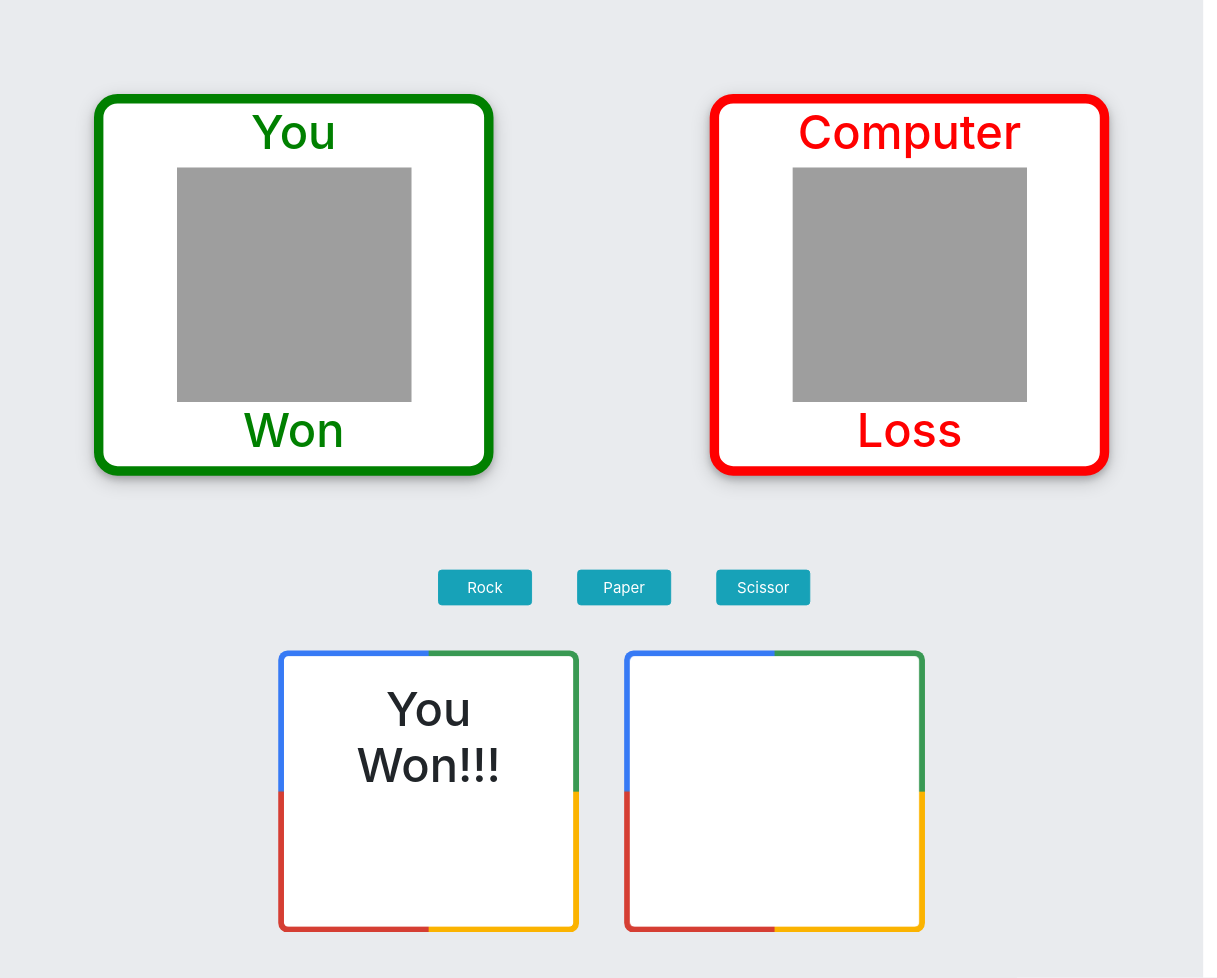
Repository: tts2610/React-Intro
Page: /
An editor plug-in stored every save of this project. The page is shown before and after the next save, followed by the edit.
The browser window is 1280 px wide. The page is 1295 px wide, so the pictures cover 1295 px, including what lies to the right of the window. The pictures show the whole page, at 94% of full size.
Pictures or frames that could not be fetched are drawn as grey boxes. Some web libraries are served in a nearby version. The project was rebuilt for these pictures with package versions that can differ from the ones it lists, and the page was loaded fresh each time. Also part of the build but not shown: src/components/History.js.

Above is the page before, as saved 2020-05-26 23:10:32.

### public/index.html
<!DOCTYPE html>
<html lang="en">

<head>
    <meta charset="utf-8" />
    <link rel="icon" href="%PUBLIC_URL%/favicon.ico" />
    <meta name="viewport" content="width=device-width, initial-scale=1" />
    <meta name="theme-color" content="#000000" />
    <meta name="description" content="Web site created using create-react-app" />
    <link rel="apple-touch-icon" href="%PUBLIC_URL%/logo192.png" />
    <!--
      manifest.json provides metadata used when your web app is installed on a
      user's mobile device or desktop. See https://developers.google.com/web/fundamentals/web-app-manifest/
    -->
    <link rel="manifest" href="%PUBLIC_URL%/manifest.json" />
    <!--
      Notice the use of %PUBLIC_URL% in the tags above.
      It will be replaced with the URL of the `public` folder during the build.
      Only files inside the `public` folder can be referenced from the HTML.

      Unlike "/favicon.ico" or "favicon.ico", "%PUBLIC_URL%/favicon.ico" will
      work correctly both with client-side routing and a non-root public URL.
      Learn how to configure a non-root public URL by running `npm run build`.
    -->
    <title>React App</title>
    <link rel="stylesheet" href="https://maxcdn.bootstrapcdn.com/bootstrap/4.0.0/css/bootstrap.min.css" integrity="sha384-Gn5384xqQ1aoWXA+058RXPxPg6fy4IWvTNh0E263XmFcJlSAwiGgFAW/dAiS6JXm" crossorigin="anonymous">
</head>

<body>
    <noscript>You need to enable JavaScript to run this app.</noscript>
    <div id="root"></div>
    <!--
      This HTML file is a template.
      If you open it directly in the browser, you will see an empty page.

      You can add webfonts, meta tags, or analytics to this file.
      The build step will place the bundled scripts into the <body> tag.

      To begin the development, run `npm start` or `yarn start`.
      To create a production bundle, use `npm run build` or `yarn build`.
    -->
    <script src="https://code.jquery.com/jquery-3.2.1.slim.min.js" integrity="sha384-KJ3o2DKtIkvYIK3UENzmM7KCkRr/rE9/Qpg6aAZGJwFDMVNA/GpGFF93hXpG5KkN" crossorigin="anonymous"></script>
    <script src="https://cdnjs.cloudflare.com/ajax/libs/popper.js/1.12.9/umd/popper.min.js" integrity="sha384-ApNbgh9B+Y1QKtv3Rn7W3mgPxhU9K/ScQsAP7hUibX39j7fakFPskvXusvfa0b4Q" crossorigin="anonymous"></script>
    <script src="https://maxcdn.bootstrapcdn.com/bootstrap/4.0.0/js/bootstrap.min.js" integrity="sha384-JZR6Spejh4U02d8jOt6vLEHfe/JQGiRRSQQxSfFWpi1MquVdAyjUar5+76PVCmYl" crossorigin="anonymous"></script>
</body>

</html>

### src/App.js
import React , {Component } from 'react';
import './App.css';
import ChoiceCard from './components/ChoiceCard';
import Button from './components/Button';
import Result from './components/Result';
import History from './components/History';


const choices = {
  rock:
    "https://opengameart.org/sites/default/files/forum-attachments/very%20simple%20rock_0.png",
  paper: "http://pngimagesfree.com/Paper/Thumb/blank-note-paper-free-clipa.png",
  scissor: "http://www.pngmart.com/files/1/Scissors-PNG-Pic.png"
};

export default class App extends Component{
    // const [choiceDic,setChoice] = useState({me:{winner:1,imgURL:choices.rock},computer:{winner:0,imgURL:choices.scissor}})
  constructor(props){
    super(props);
    this.state = {
      me:{winner:1,imgURL:"http://www.pngmart.com/files/1/Scissors-PNG-Pic.png"},
      computer:{winner:0,imgURL:"http://pngimagesfree.com/Paper/Thumb/blank-note-paper-free-clipa.png"},
    }
  }

  randomProperty = function (obj) {
    let keys = Object.keys(obj);
    let randomNum = keys.length * Math.random() << 0;
    return [obj[keys[randomNum]],keys[randomNum]];
  };

  handleClick = (myChoice)=>{
    let random = this.randomProperty(choices)
    let computerChoice = random[1];
    let myWinnerState;
    let computerWinnerState;
    if ((myChoice==='rock' && computerChoice==='scissor')||(myChoice==='paper' && computerChoice==='rock')|| (myChoice==='scissor' && computerChoice==='paper')) {
        myWinnerState = 1;
        computerWinnerState = 0;
    }else if((computerChoice==='rock' && myChoice==='scissor')||(computerChoice==='paper' && myChoice==='rock')|| (computerChoice==='scissor' && myChoice==='paper')){
        computerWinnerState = 1;
        myWinnerState = 0;
    }
    else{
        computerWinnerState = 2;
        myWinnerState = 2;
    }
    this.setState({
      me: {winner:myWinnerState,imgURL:choices[myChoice]},
      computer:{winner:computerWinnerState,imgURL:random[0]}
    },()=>{
      // if(this.state.me.winner===1&&this.state.computer.winner===0) alert("you win!!!");
      // else alert("you loose!");
    });

  }

  render(){
    return (
      <div className="App">
        <div className="row">
          <div className="col-6">
              <ChoiceCard title="You" winner={this.state.me.winner} imgURL={this.state.me.imgURL} />
          </div>
          <div className="col-6">
              <ChoiceCard title="Computer" winner={this.state.computer.winner} imgURL={this.state.computer.imgURL}/>
          </div>
        </div>

        <div className="row rowOfButtons">
        <Button type="rock" handleClick={this.handleClick}/>
        <Button type="paper" handleClick={this.handleClick}/>
        <Button type="scissor" handleClick={this.handleClick}/>
        </div>
        <div className="row mx-auto resultContainer py-5">
          <div className="col-md-3 rainbow mr-5">
          <Result result={[this.state.me.winner,this.state.computer.winner]}/>
          </div>
          <div className="col-md-3 rainbow">

          </div>

        </div>
      </div>
    );
  }

}

### src/App.css
.App {
    min-height: 100vh;
    text-align: center;
    background-color: #e9ebee;
}

.rowOfButtons {
    display: flex;
    justify-content: center;
}

.rowOfButtons button {
    width: 100px;
}

.choice-card {
    flex: 1;
    display: flex;
    margin: 100px;
    font-size: 3em;
    padding: 0 40px;
    font-weight: 300;
    text-align: center;
    border-radius: 25px;
    flex-direction: column;
    align-items: center;
    border: 1px solid black;
    background-color: white;
    justify-content: space-around;
    box-shadow: 0 4px 8px 0 rgba(0, 0, 0, 0.2), 0 6px 20px 0 rgba(0, 0, 0, 0.19);
}

img {
    width: 250px;
    height: 250px;
}

h1 {
    font-size: 50px;
}

.winner {
    color: green;
    border: 10px solid green;
}

.loser {
    color: red;
    border: 10px solid red;
}

.tie {
    border: 10px solid black;
}

.result {
    width: max-content;
    display: flex;
    justify-content: center;
}

@-webkit-keyframes rotate {
    100% {
        -webkit-transform: rotate(1turn);
        transform: rotate(1turn);
    }
}

@keyframes rotate {
    100% {
        -webkit-transform: rotate(1turn);
        transform: rotate(1turn);
    }
}

.rainbow {
    position: relative;
    z-index: 0;
    width: 400px;
    height: 300px;
    border-radius: 10px;
    overflow: hidden;
    padding: 2rem;
    padding-bottom: 50px;
}

.rainbow::before {
    content: '';
    position: absolute;
    z-index: -2;
    left: -50%;
    top: -50%;
    width: 200%;
    height: 200%;
    background-color: #399953;
    background-repeat: no-repeat;
    background-size: 50% 50%, 50% 50%;
    background-position: 0 0, 100% 0, 100% 100%, 0 100%;
    background-image: -webkit-gradient(linear, left top, left bottom, from(#399953), to(#399953)), -webkit-gradient(linear, left top, left bottom, from(#fbb300), to(#fbb300)), -webkit-gradient(linear, left top, left bottom, from(#d53e33), to(#d53e33)), -webkit-gradient(linear, left top, left bottom, from(#377af5), to(#377af5));
    background-image: linear-gradient(#399953, #399953), linear-gradient(#fbb300, #fbb300), linear-gradient(#d53e33, #d53e33), linear-gradient(#377af5, #377af5);
    -webkit-animation: rotate 4s linear infinite;
    animation: rotate 4s linear infinite;
}

.rainbow::after {
    content: '';
    position: absolute;
    z-index: -1;
    left: 6px;
    top: 6px;
    width: calc(100% - 12px);
    height: calc(100% - 12px);
    background: white;
    border-radius: 5px;
}

.resultInner {
    display: flex;
    align-items: center;
}

.resultContainer {
    justify-content: center;
}

### src/components/ChoiceCard.js
import React from 'react'

export default function ChoiceCard({title,winner,imgURL}) {

        if(winner===2){
            return (
                <div className={`choice-card tie`}>
                    <h1>{title}</h1>
                    <img src={imgURL} alt={imgURL}/>
                    <h1>Tie</h1>
                </div>
                );
        }
        return (
        <div className={`choice-card ${winner ? 'winner' : 'loser'}`}>
            <h1>{title}</h1>
            <img src={imgURL} alt={imgURL}/>
            <h1>{winner ? 'Won' : 'Loss'}</h1>
        </div>
        );
}

### src/components/Button.js
import React from 'react'

export default function Button({handleClick,type}){
    return (
        <div>
            <button type="button" className="btn btn-info ml-5 text-capitalize" onClick={()=>handleClick(type)} >{type}</button>
        </div>
    );
}

### src/components/Result.js
import React from 'react'

export default function Result({result}){
    if(result[0]>result[1])
        return (<div className="resultInner">
                    <h1>You Won!!!</h1>
                </div>);
    else if(result[0]<result[1]){
        return (<div className="resultInner">
            <h1>You Lost!!!</h1>
        </div>);
    }else{
        return (<div className="resultInner">
            <h1>Tie Game!!!</h1>
        </div>);
    }
}

Loaded but not shown: src/index.js (common file); src/index.css (common file); src/serviceWorker.js (common file)

After the next save:
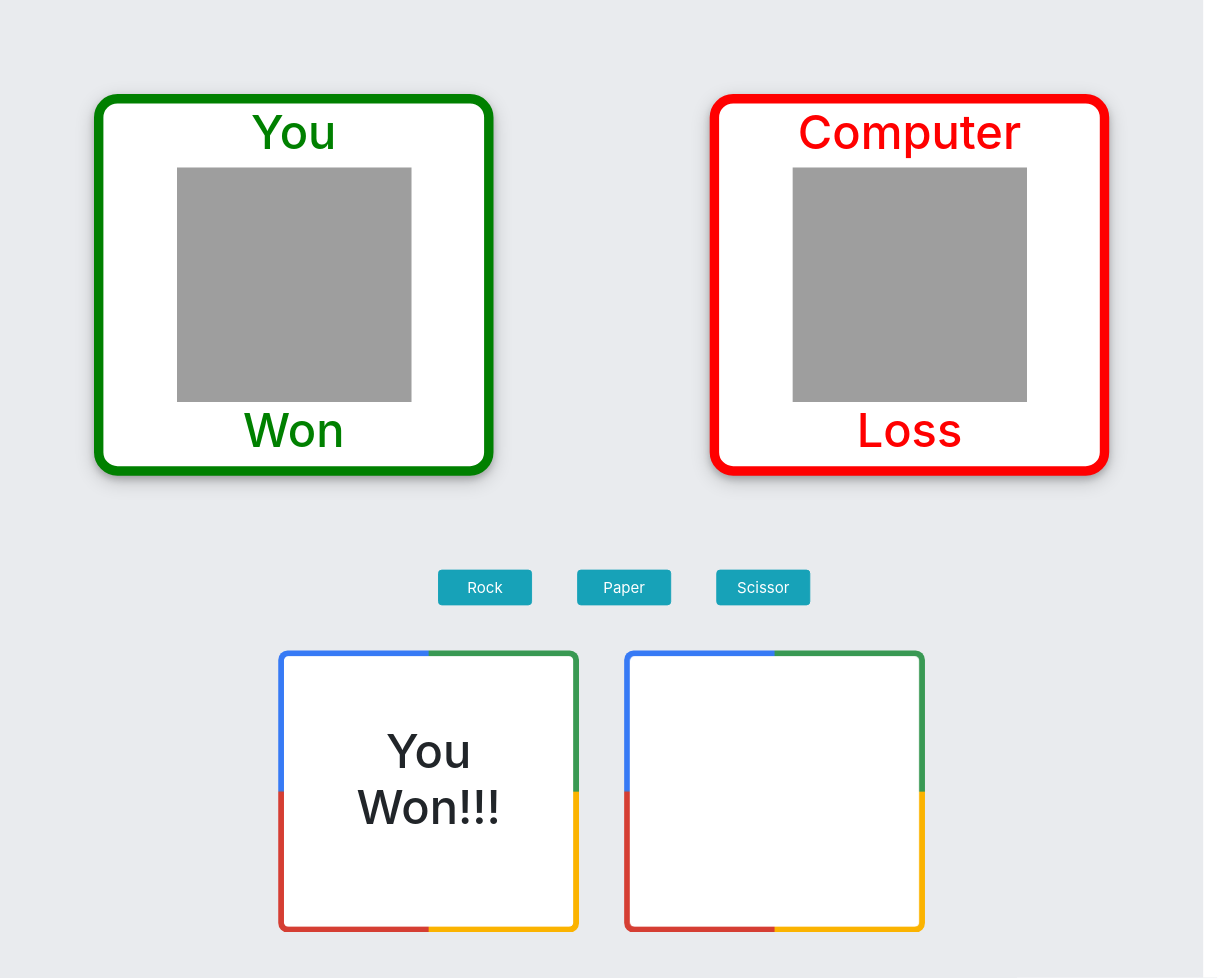
Saved 31 s later.
--- a/src/App.js
+++ b/src/App.js
@@ -73,7 +73,7 @@ export default class App extends Component{
         <Button type="scissor" handleClick={this.handleClick}/>
         </div>
         <div className="row mx-auto resultContainer py-5">
-          <div className="col-md-3 rainbow mr-5">
+          <div className="col-md-3 rainbow mr-5 resultInner">
           <Result result={[this.state.me.winner,this.state.computer.winner]}/>
           </div>
           <div className="col-md-3 rainbow">
